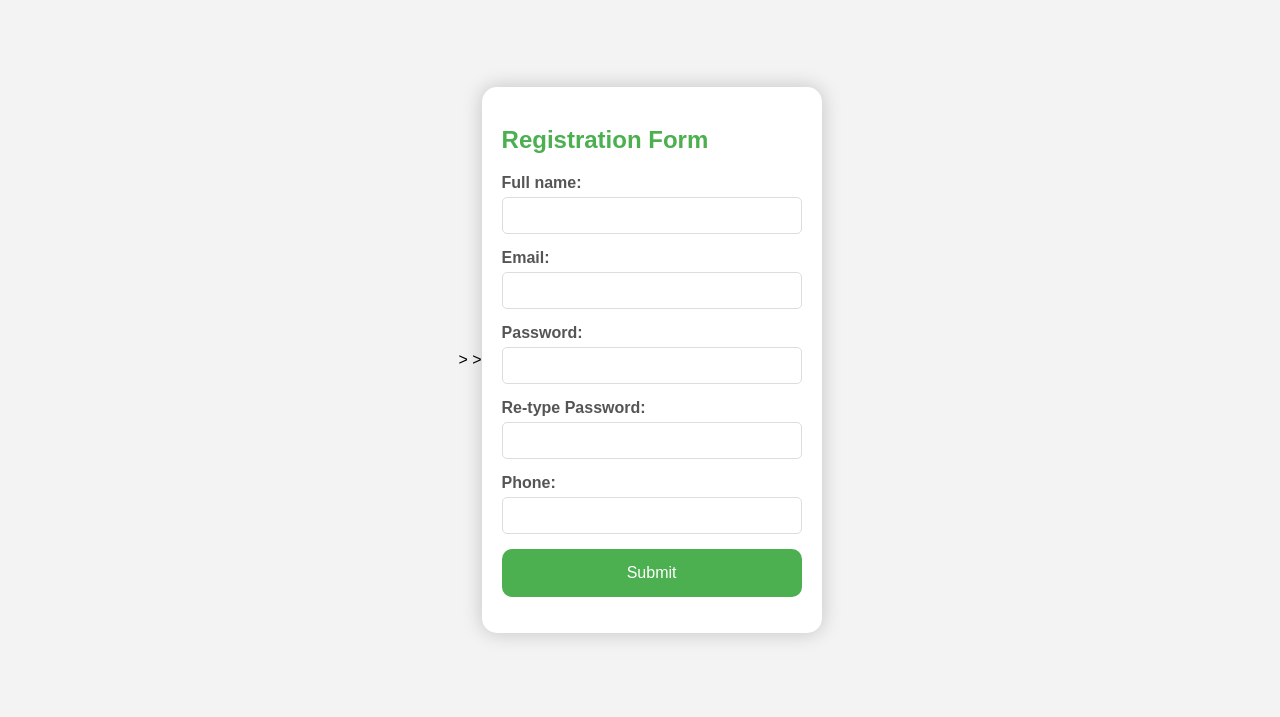
Repository: TuanThanhIT/LapTrinhWeb_BaiTapTuan5
Page: http://localhost/HelloWorld/views/register.jsp
The author's editor kept a copy of each file at every save. The page is drawn from the files as they stood at one save, then again after the next save.
The browser window is 1280 px wide. The pictures show the whole page.
The page is served by Tomcat 10.

Above is the page before, as saved 2024-09-17 15:07:22.

After the next save:
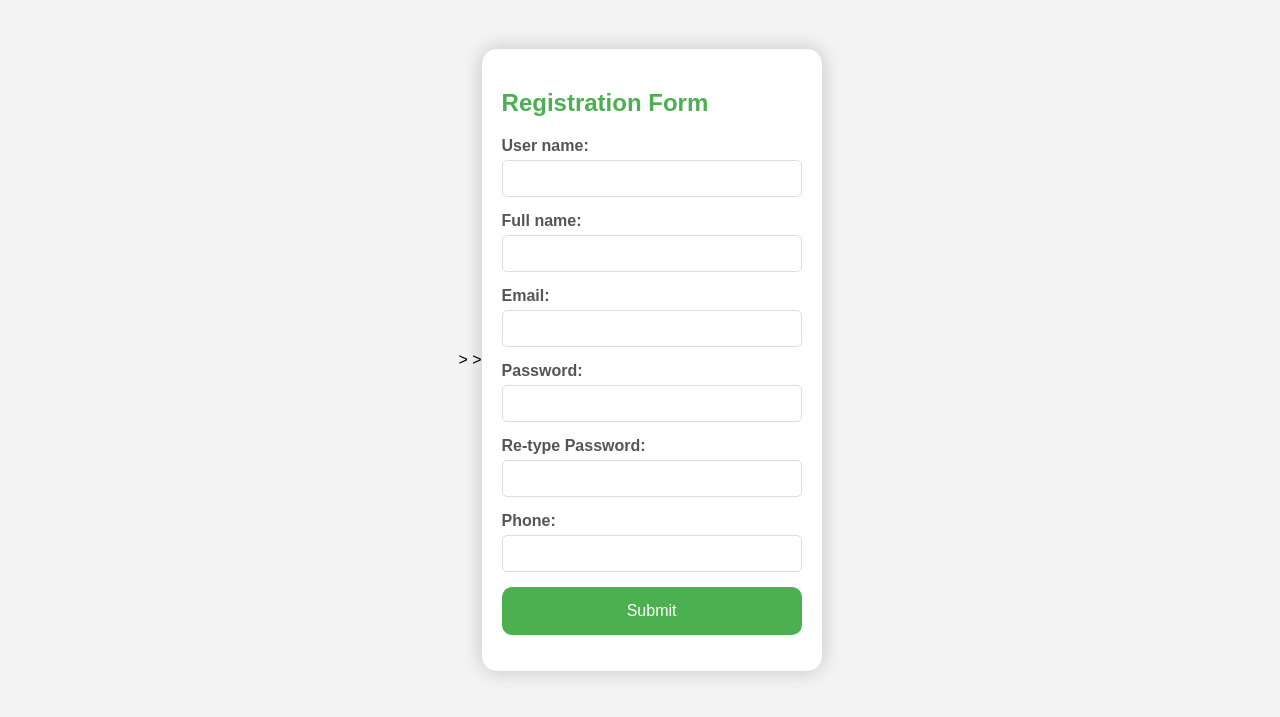
Saved 84 s later.
--- a/HelloWorld/src/main/webapp/views/register.jsp
+++ b/HelloWorld/src/main/webapp/views/register.jsp
@@ -72,6 +72,9 @@
     <div class="main">
         <h2>Registration Form</h2>
         <form action="">
+         <label for="username">User name:</label>
+            <input type="text" id="username" name="username" required />
+
             <label for="fullname">Full name:</label>
             <input type="text" id="fullname" name="fullname" required />
 
